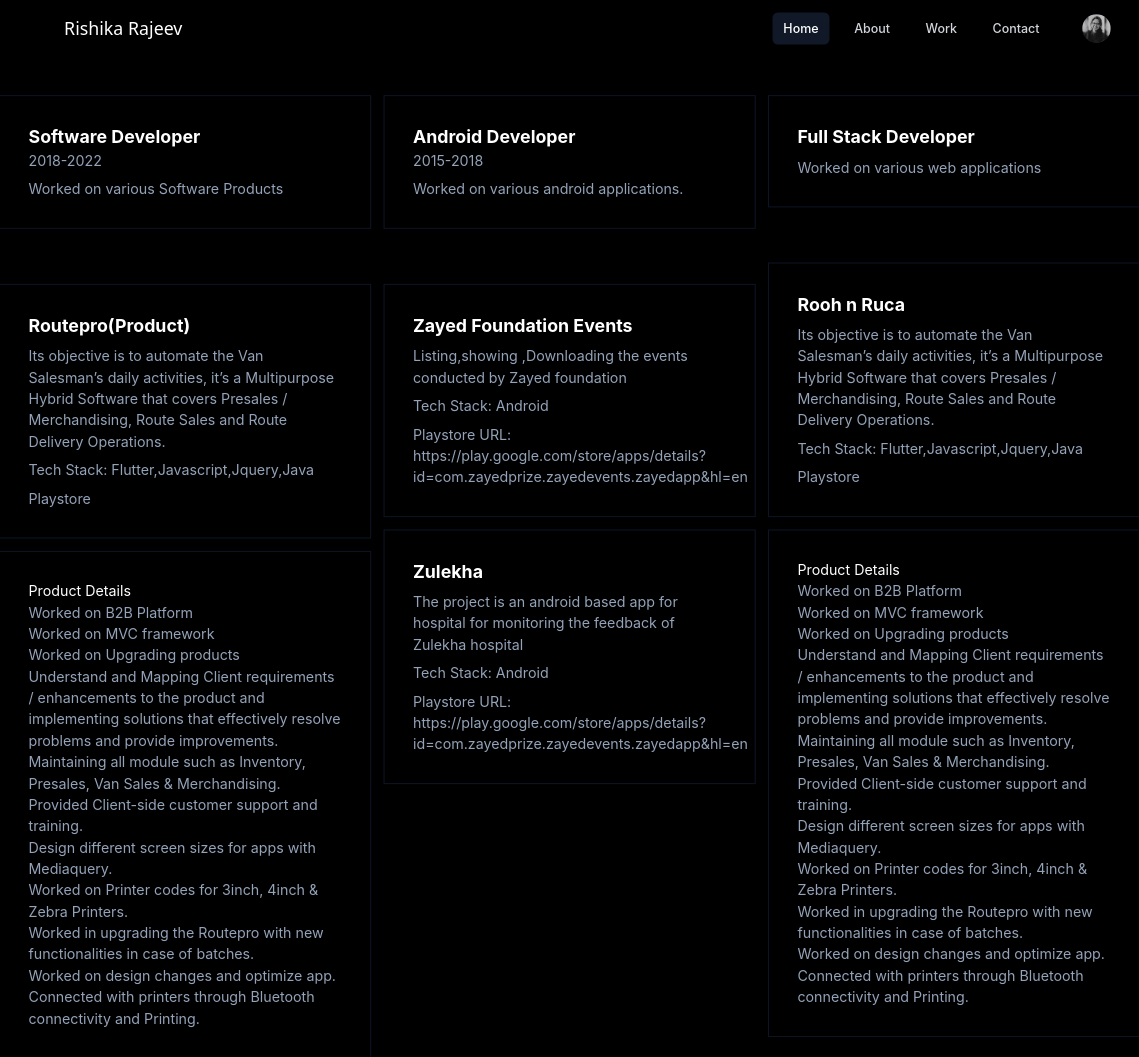
Repository: rishikarajeev/portfolio_rishika
Page: /work
An editor plug-in stored every save of this project. The page is shown before and after a run of saves, followed by the edit.
The browser window is 1280 px wide. The pictures show the whole page, at 89% of full size.
The project was rebuilt for these pictures with package versions that can differ from the ones it lists, and the page was loaded fresh each time. Also part of the build but not shown: src/Pages/Home.jsx, src/Pages/About.jsx, src/Pages/Contact.jsx.

Above is the page before, as saved 2023-10-23 19:00:44.

### src/Components/Nav/Nav.jsx
import React from 'react'

import img from '../../Images/profile.jpeg'

function Nav() {
  return (
    <div><nav class="dark:bg-black">
    <div class="mx-auto max-w-7xl px-2 sm:px-6 lg:px-8">
      <div class="relative flex h-16 items-center justify-between">
      <div class="absolute inset-y-0 left-7 flex items-center ">

      <a href="#" class=" text-white  px-3 py-2 text-xl font-medium font-sans" aria-current="page">Rishika Rajeev</a>
        </div>
        <div class="absolute inset-y-0 left-0 flex items-center sm:hidden">

          <button type="button" class="relative inline-flex items-center justify-center rounded-md p-2 text-gray-400 hover:bg-gray-700 hover:text-white focus:outline-none focus:ring-2 focus:ring-inset focus:ring-white" aria-controls="mobile-menu" aria-expanded="false">
            <span class="absolute -inset-0.5"></span>
            <span class="sr-only">Open main menu</span>

            <svg class="block h-6 w-6" fill="none" viewBox="0 0 24 24" stroke-width="1.5" stroke="currentColor" aria-hidden="true">
              <path stroke-linecap="round" stroke-linejoin="round" d="M3.75 6.75h16.5M3.75 12h16.5m-16.5 5.25h16.5" />
            </svg>

            <svg class="hidden h-6 w-6" fill="none" viewBox="0 0 24 24" stroke-width="1.5" stroke="currentColor" aria-hidden="true">
              <path stroke-linecap="round" stroke-linejoin="round" d="M6 18L18 6M6 6l12 12" />
            </svg>
          </button>
        </div>
        <div class="flex flex-1 items-center justify-end sm:items-stretch sm:justify-end">
          {/* <div class="flex flex-shrink-0 items-center">
            <img class="h-8 w-auto" src="https://tailwindui.com/img/logos/mark.svg?color=indigo&shade=500" alt="Your Company"/>
          </div> */}
          <div class="hidden sm:ml-6 sm:block ">
            <div class="flex space-x-4 ">

              <a href="/" class="bg-gray-900 text-white rounded-md px-3 py-2 text-sm font-medium" >Home</a>
              <a href="/about" class="text-gray-300 hover:bg-gray-700 hover:text-white rounded-md px-3 py-2 text-sm font-medium">About</a>
              <a href="/work" class="text-gray-300 hover:bg-gray-700 hover:text-white rounded-md px-3 py-2 text-sm font-medium">Work</a>
              <a href="/contact" class="text-gray-300 hover:bg-gray-700 hover:text-white rounded-md px-3 py-2 text-sm font-medium">Contact</a>
            </div>
          </div>
        </div>
        <div class="absolute inset-y-0 right-0 flex items-center pr-2 sm:static sm:inset-auto sm:ml-6 sm:pr-0">
          {/* <button type="button" class="relative rounded-full bg-gray-800 p-1 text-gray-400 hover:text-white focus:outline-none focus:ring-2 focus:ring-white focus:ring-offset-2 focus:ring-offset-gray-800">
            <span class="absolute -inset-1.5"></span>
            <span class="sr-only">View notifications</span>
            <svg class="h-6 w-6" fill="none" viewBox="0 0 24 24" stroke-width="1.5" stroke="currentColor" aria-hidden="true">
              <path stroke-linecap="round" stroke-linejoin="round" d="M14.857 17.082a23.848 23.848 0 005.454-1.31A8.967 8.967 0 0118 9.75v-.7V9A6 6 0 006 9v.75a8.967 8.967 0 01-2.312 6.022c1.733.64 3.56 1.085 5.455 1.31m5.714 0a24.255 24.255 0 01-5.714 0m5.714 0a3 3 0 11-5.714 0" />
            </svg>
          </button> */}


          <div class="relative ml-3">
            <div>
              <button type="button" class="relative flex rounded-full bg-gray-800 text-sm focus:outline-none focus:ring-2 focus:ring-white focus:ring-offset-2 focus:ring-offset-gray-800" id="user-menu-button" aria-expanded="false" aria-haspopup="true">
                <span class="absolute -inset-1.5"></span>
                <span class="sr-only">Open user menu</span>
                <img class="h-8 w-8 rounded-full" src={img} alt=""/>
              </button>
            </div>

          </div>
        </div>
      </div>
    </div>


    <div class="sm:hidden" id="mobile-menu">
      <div class="space-y-1 px-2 pb-3 pt-2">

        <a href="/" class="bg-gray-900 text-white block rounded-md px-3 py-2 text-base font-medium" aria-current="page">Home</a>
        <a href="/about" class="text-gray-300 hover:bg-gray-700 hover:text-white block rounded-md px-3 py-2 text-base font-medium">About</a>
        <a href="/work" class="text-gray-300 hover:bg-gray-700 hover:text-white block rounded-md px-3 py-2 text-base font-medium">Work</a>
        <a href="/contact" class="text-gray-300 hover:bg-gray-700 hover:text-white block rounded-md px-3 py-2 text-base font-medium">Contact</a>
      </div>
    </div>
  </nav>
  </div>
  )
}

export default Nav

### src/Pages/Mywork.jsx
import React from "react";
import Work from "../Components/Work";
import Project from "../Components/Project";
import Nav from "../Components/Nav/Nav";

function Mywork() {
  return (
    <div class="dark md:bg-black ">
      <Nav />

      <div>
        {" "}
        <div className="container mx-auto  dark dark:bg-black">
          <h2 className="text-3xl font-bold mb-2 ">Work Experience</h2>

          <div class="grid grid-cols-1 md:grid-cols-3 gap-4 dark dark:bg-black">
            <div className="dark md:bg-black">
              <Work
                title="Software Developer"
                description="Worked on various Software Products"
                year="2018-2022"
              />
              <h2 className="text-3xl font-bold mt-6 mb-1">Projects</h2>
              <Project
                title="Routepro(Product)"
                description=" Its objective is to automate the Van Salesman’s daily activities, it’s a Multipurpose Hybrid Software that covers Presales / Merchandising, Route Sales and Route Delivery Operations."
                techStack="Flutter,Javascript,Jquery,Java"
              />
              <div className="dark:text-slate-400 ring-1 ring-slate-900 max-w-2xl p-8 dark dark:bg-black">
                <h2 className="text-white"> Product Details</h2>
                <ul>
                  <li>Worked on B2B Platform</li>
                  <li>Worked on MVC framework</li>
                  <li>Worked on Upgrading products </li>
                  <li>
                    Understand and Mapping Client requirements / enhancements to
                    the product and implementing solutions that effectively
                    resolve problems and provide improvements.
                  </li>
                  <li>
                    Maintaining all module such as Inventory, Presales, Van
                    Sales & Merchandising.
                  </li>
                  <li>Provided Client-side customer support and training.</li>
                  <li>
                    Design different screen sizes for apps with Mediaquery.
                  </li>
                  <li>
                    Worked on Printer codes for 3inch, 4inch & Zebra Printers.
                  </li>
                  <li>
                    Worked in upgrading the Routepro with new functionalities in
                    case of batches.
                  </li>
                  <li>Worked on design changes and optimize app.</li>
                  <li>
                    Connected with printers through Bluetooth connectivity and
                    Printing.
                  </li>
                </ul>
              </div>
            </div>
            <div>
            <Work
                title="Android Developer"
                description="Worked on various android applications."
                year="2015-2018"
              />
              <h2 className="text-3xl font-bold mt-6 mb-1">Projects</h2>
              <Project
                title="Zayed Foundation Events"
                description=" Listing,showing ,Downloading the events conducted by Zayed foundation"
                techStack="Android"
                Playstore=" URL: https://play.google.com/store/apps/details?id=com.zayedprize.zayedevents.zayedapp&hl=en"
              />
                  <Project
                title="Zulekha"
                description=" The project is an android based app for hospital for monitoring the feedback of Zulekha hospital"
                techStack="Android"
                Playstore=" URL: https://play.google.com/store/apps/details?id=com.zayedprize.zayedevents.zayedapp&hl=en"
              />
               <ul>
                            <li>Listing the events conducted by Zayed foundation</li>
                            <li>Showing Live events.</li>
                                <li>	Downloading and viewing files.</li>
                                    <li>	Integrated Google Map & Facebook</li>
                                        <li>	Implemented Calendar with Marked Events.</li>
                                            <li>	Playstore URL: https://play.google.com/store/apps/details?id=com.zayedprize.zayedevents.zayedapp&hl=en</li>

                        </ul>
            </div>
            <div className="dark md:bg-black">
              <Work
                title="Full Stack Developer"
                description="Worked on various web applications"

              />
              <h2 className="text-3xl font-bold mt-6 mb-1">Projects</h2>
              <Project
                title="Rooh n Ruca"
                description=" Its objective is to automate the Van Salesman’s daily activities, it’s a Multipurpose Hybrid Software that covers Presales / Merchandising, Route Sales and Route Delivery Operations."
                techStack="Flutter,Javascript,Jquery,Java"
              />
              <div className="dark:text-slate-400 ring-1 ring-slate-900 max-w-2xl p-8 dark dark:bg-black">
                <h2 className="text-white"> Product Details</h2>
                <ul>
                  <li>Worked on B2B Platform</li>
                  <li>Worked on MVC framework</li>
                  <li>Worked on Upgrading products </li>
                  <li>
                    Understand and Mapping Client requirements / enhancements to
                    the product and implementing solutions that effectively
                    resolve problems and provide improvements.
                  </li>
                  <li>
                    Maintaining all module such as Inventory, Presales, Van
                    Sales & Merchandising.
                  </li>
                  <li>Provided Client-side customer support and training.</li>
                  <li>
                    Design different screen sizes for apps with Mediaquery.
                  </li>
                  <li>
                    Worked on Printer codes for 3inch, 4inch & Zebra Printers.
                  </li>
                  <li>
                    Worked in upgrading the Routepro with new functionalities in
                    case of batches.
                  </li>
                  <li>Worked on design changes and optimize app.</li>
                  <li>
                    Connected with printers through Bluetooth connectivity and
                    Printing.
                  </li>
                </ul>
              </div>
            </div>
          </div>
        </div>
      </div>
    </div>
  );
}

export default Mywork;

### src/Components/Work.jsx
import React from 'react';

const Work = ({ title, description, year }) => {
  return (
    <div className="mb-4 ring-1 ring-slate-900 max-w-2xl p-8 dark md:bg-black">
      <h3 className="text-xl font-bold text-white">{title}</h3>
      <p className="dark:text-slate-400">{year}</p>
      <p className="mt-2 dark:text-slate-400">{description}</p>
    </div>
  );
};

export default Work;

### src/Components/Project.jsx
import React from 'react';

const Project = ({ title, description, techStack,Playstore }) => {
  return (
    <div className="mb-4 ring-1 ring-slate-900 max-w-2xl p-8 dark md:bg-black">
      <h3 className="text-xl font-bold text-white">{title}</h3>
      <p className="mt-2 dark:text-slate-400">{description}</p>
      <p className="mt-2 dark:text-slate-400">Tech Stack: {techStack}</p>
      <p className="mt-2 dark:text-slate-400">Playstore {Playstore}</p>
    </div>
  );
};

export default Project;

### tailwind.config.js
/** @type {import('tailwindcss').Config} */
module.exports = {
  content: ["./src/**/*.{html,js,jsx}"],
  theme: {
    extend: {},
  },
  darkMode: 'class',
  plugins: [],
}

Loaded but not shown: public/index.html (common file); src/index.js (common file); src/index.css (common file); src/App.js (common file); src/reportWebVitals.js (common file); src/App.css (common file)

After the next 2 saves:
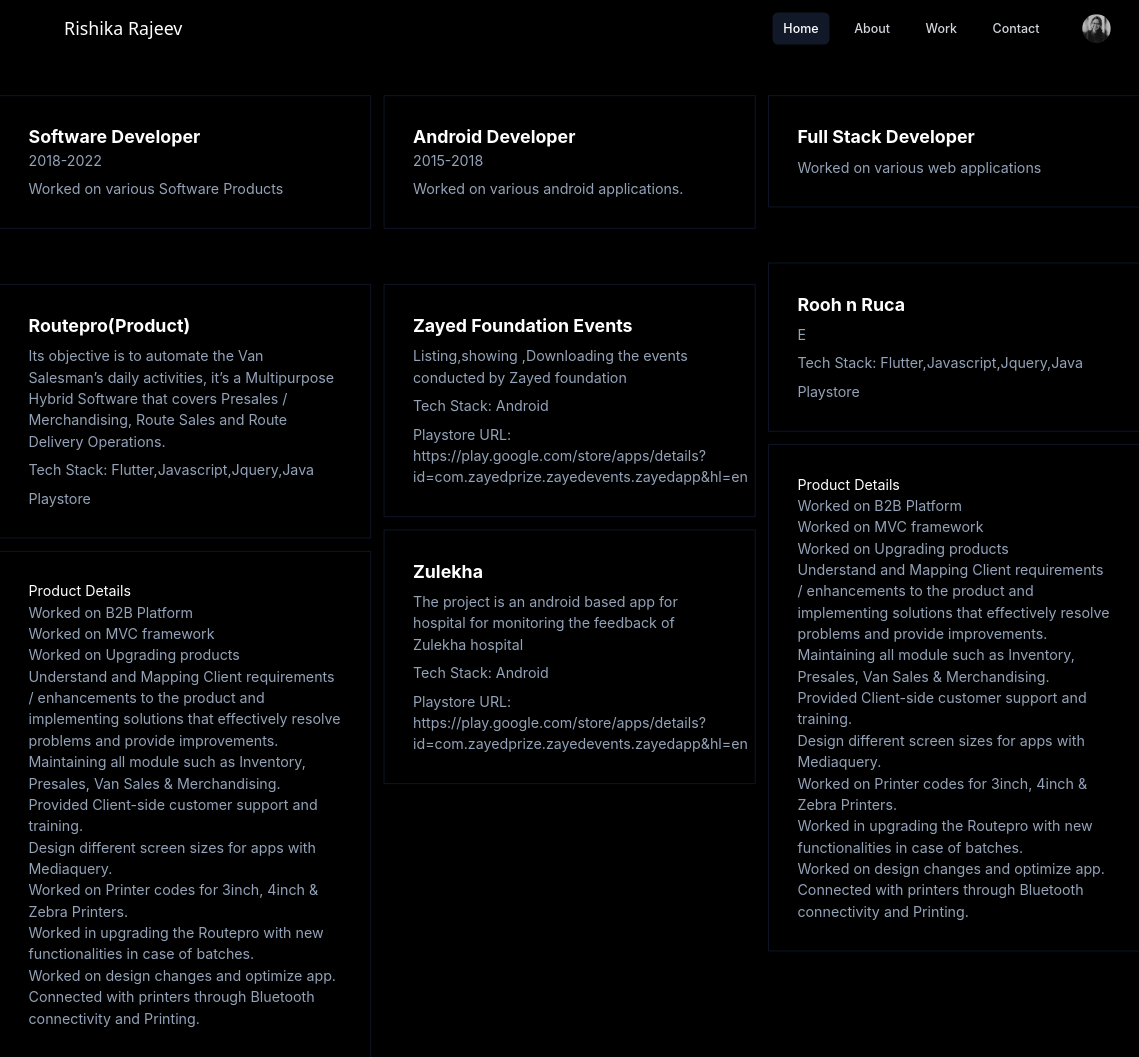
The 2 saves are shown as one change because they came seconds apart.
The last was saved 77 s later.
--- a/src/Pages/Mywork.jsx
+++ b/src/Pages/Mywork.jsx
@@ -98,7 +98,7 @@ function Mywork() {
               <h2 className="text-3xl font-bold mt-6 mb-1">Projects</h2>
               <Project
                 title="Rooh n Ruca"
-                description=" Its objective is to automate the Van Salesman’s daily activities, it’s a Multipurpose Hybrid Software that covers Presales / Merchandising, Route Sales and Route Delivery Operations."
+                description="E"
                 techStack="Flutter,Javascript,Jquery,Java"
               />
               <div className="dark:text-slate-400 ring-1 ring-slate-900 max-w-2xl p-8 dark dark:bg-black">
